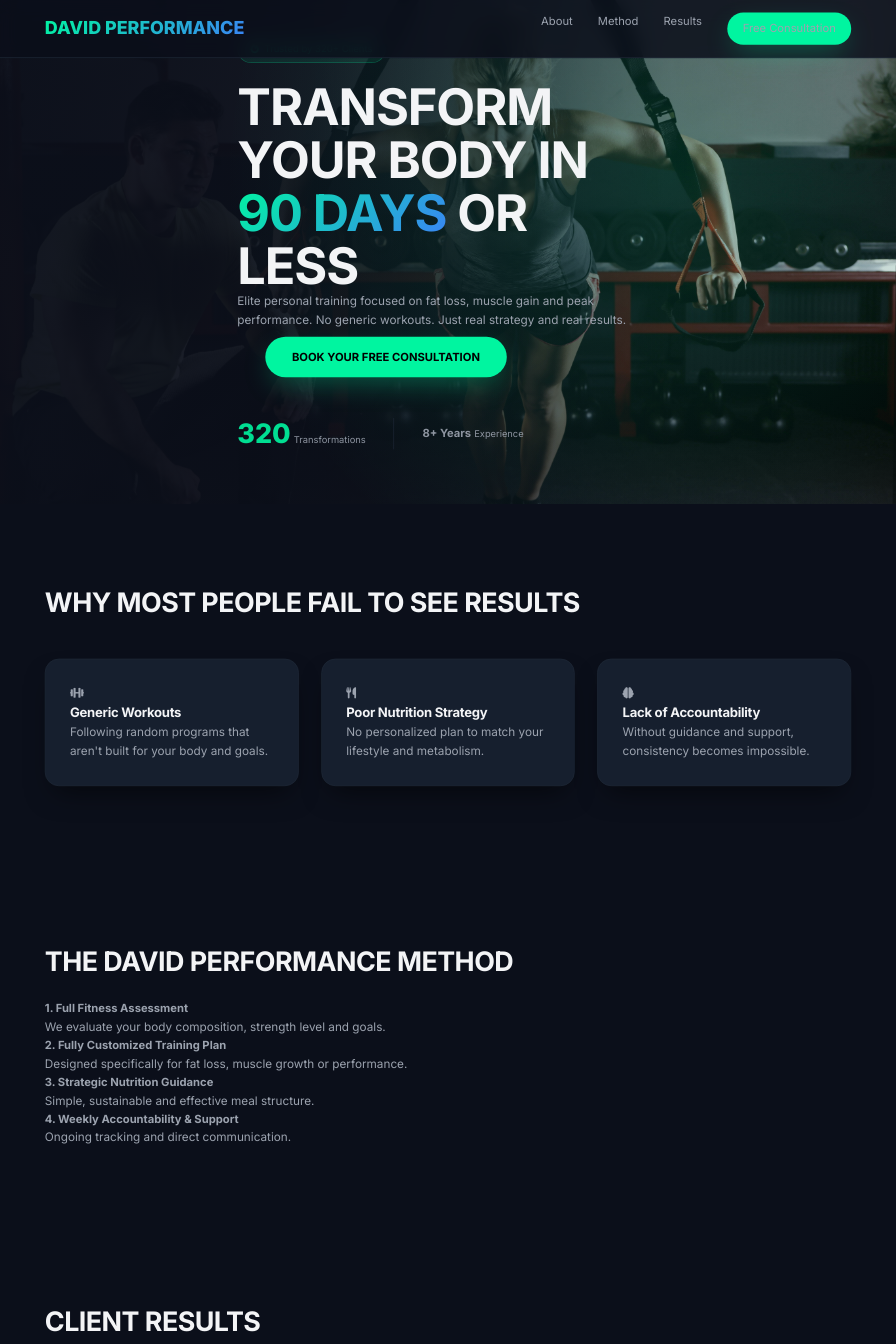
Repository: davidfsillva/Landing-page-pro
Page: index.html
The author's editor kept a copy of each file at every save. The page is drawn from the files as they stood at one save, then again after the next save.
The browser window is 1280 px wide. The pictures show the part of the page from y = 0 to 1920 px (the page is 3387 px tall), at 70% of full size.

Above is the page before, as saved 2026-02-25 14:51:20.

After the next save:
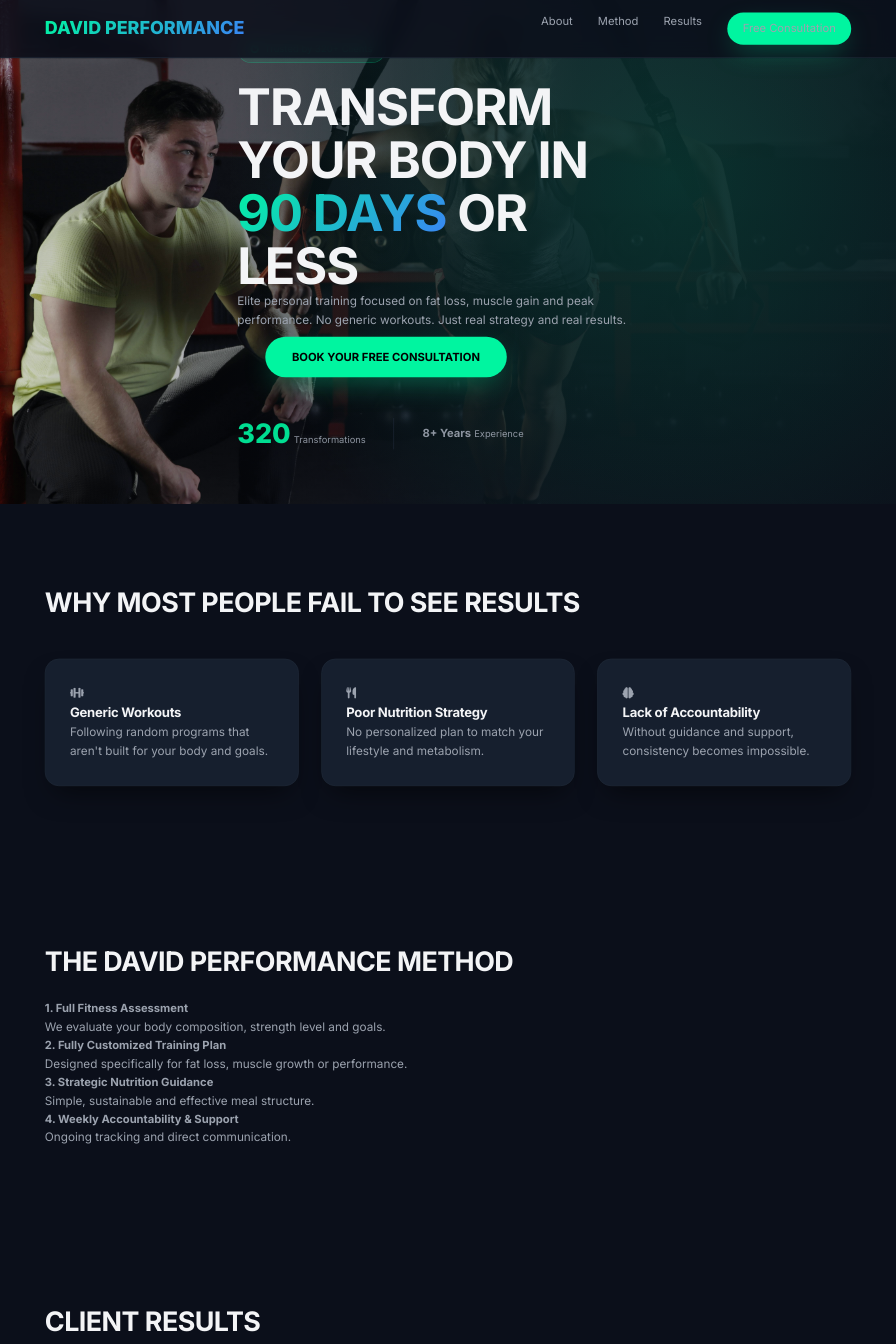
Saved 67 min 11 s later.
--- a/style.css
+++ b/style.css
@@ -187,7 +187,7 @@
     position: absolute;
     inset: 0;
     background: linear-gradient(
-        90deg,
+        270deg,
         rgba(11,15,26,0.97) 0%,
         rgba(11,15,26,0.92) 35%,
         rgba(11,15,26,0.75) 55%,

After the save that followed:
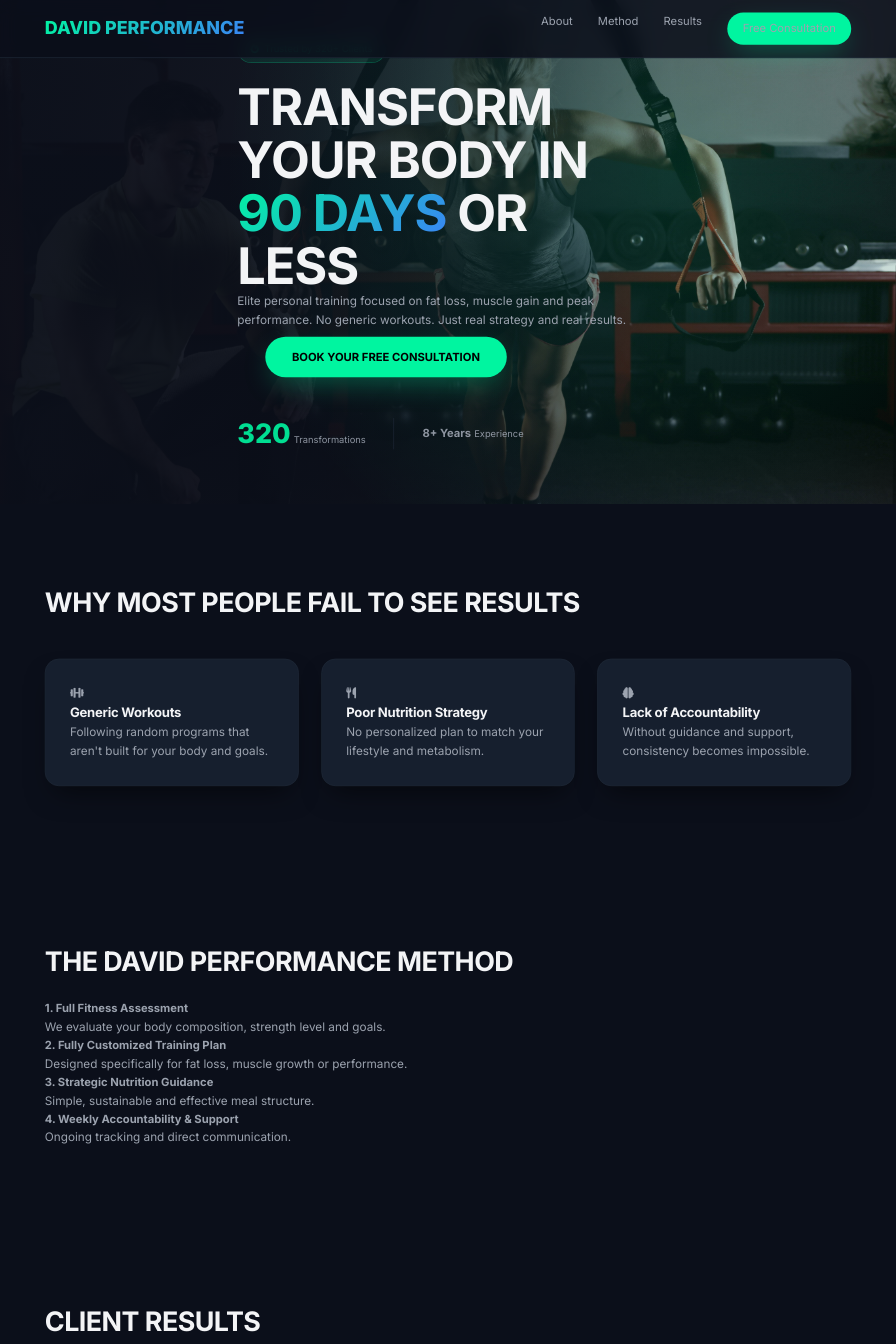
Saved 22 s later.
--- a/style.css
+++ b/style.css
@@ -187,7 +187,7 @@
     position: absolute;
     inset: 0;
     background: linear-gradient(
-        270deg,
+        90deg,
         rgba(11,15,26,0.97) 0%,
         rgba(11,15,26,0.92) 35%,
         rgba(11,15,26,0.75) 55%,
